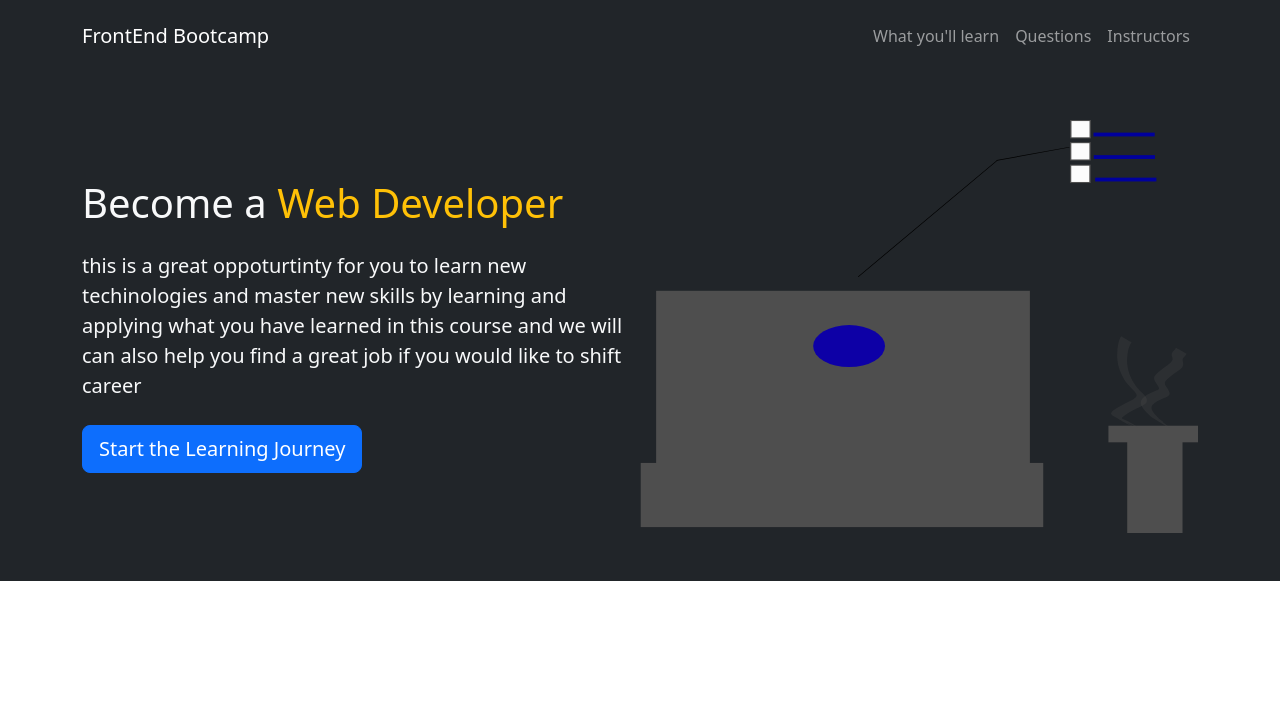
Repository: HaziimYassien/Front-End-BootCamp-__BootStrap-Project
Page: Front End BootCamp2/index.html
These files come from the project's save history. The page is drawn as it stood at one moment and after the next save; the edit follows.
The browser window is 1280 px wide. The pictures show the whole page.

Above is the page before, as saved 2024-01-12 02:27:01.

### Front End BootCamp2/index.html
<!DOCTYPE html>
<html lang="en">
  <head>
    <meta charset="utf-8" />
    <meta name="viewport" content="width=device-width, initial-scale=1" />
    <title>Frontend Bootcamp</title>
    <link
      href="https://cdn.jsdelivr.net/npm/bootstrap@5.3.2/dist/css/bootstrap.min.css"
      rel="stylesheet"
      integrity="sha384-T3c6CoIi6uLrA9TneNEoa7RxnatzjcDSCmG1MXxSR1GAsXEV/Dwwykc2MPK8M2HN"
      crossorigin="anonymous"
    />
    <link rel="stylesheet" href="style.css" />
  </head>
  <body>
    <!-- START _NavigationBar -->
    <nav class="navbar navbar-expand-lg bg-dark navbar-dark py-3">
      <div class="container">
        <a href="#" class="navbar-brand">FrontEnd Bootcamp</a>
        <button
          class="navbar-toggler"
          type="button"
          data-bs-toggle="collapse"
          data-bs-target="#navmenu"
        >
          <span class="navbar-toggler-icon"></span>
        </button>
        <div class="collapse navbar-collapse" id="navmenu">
          <ul class="navbar-nav ms-auto">
            <li class="nav-item">
              <a href="#learn" class="nav-link">What you'll learn</a>
            </li>
            <li class="nav-item">
              <a href="#questions" class="nav-link">Questions</a>
            </li>
            <li class="nav-item">
              <a href="#instructors" class="nav-link">Instructors</a>
            </li>
          </ul>
        </div>
      </div>
    </nav>
    <!-- END _NavigationBar -->

    <!-- START _ShowCase -->
    <section class="bg-dark text-light p-5 text-center text-sm-start">
      <div class="container">
        <div class="d-sm-flex align-items-center justify-content-between">
          <div>
            <h1>Become a <span class="text-warning"> Web Developer</span></h1>
            <p class="lead my-4">
              this is a great oppoturtinty for you to learn new techinologies
              and master new skills by learning and applying what you have
              learned in this course and we will can also help you find a great
              job if you would like to shift career
            </p>
            <button class="btn btn-primary btn-lg">
              Start the Learning Journey
            </button>
          </div>
          <img
            class="img-fluid w-50 h-50 d-none d-sm-block"
            src="img/FirstImage_BootCampProject.svg"
            alt=""
          />
        </div>
      </div>
    </section>
    <!-- END _ShowCase -->

    <script
      src="https://cdn.jsdelivr.net/npm/bootstrap@5.3.2/dist/js/bootstrap.bundle.min.js"
      integrity="sha384-C6RzsynM9kWDrMNeT87bh95OGNyZPhcTNXj1NW7RuBCsyN/o0jlpcV8Qyq46cDfL"
      crossorigin="anonymous"
    ></script>
  </body>
</html>

Loaded but not shown: Front End BootCamp2/style.css (no copy from this time; the picture is the same without it)

After the next save:
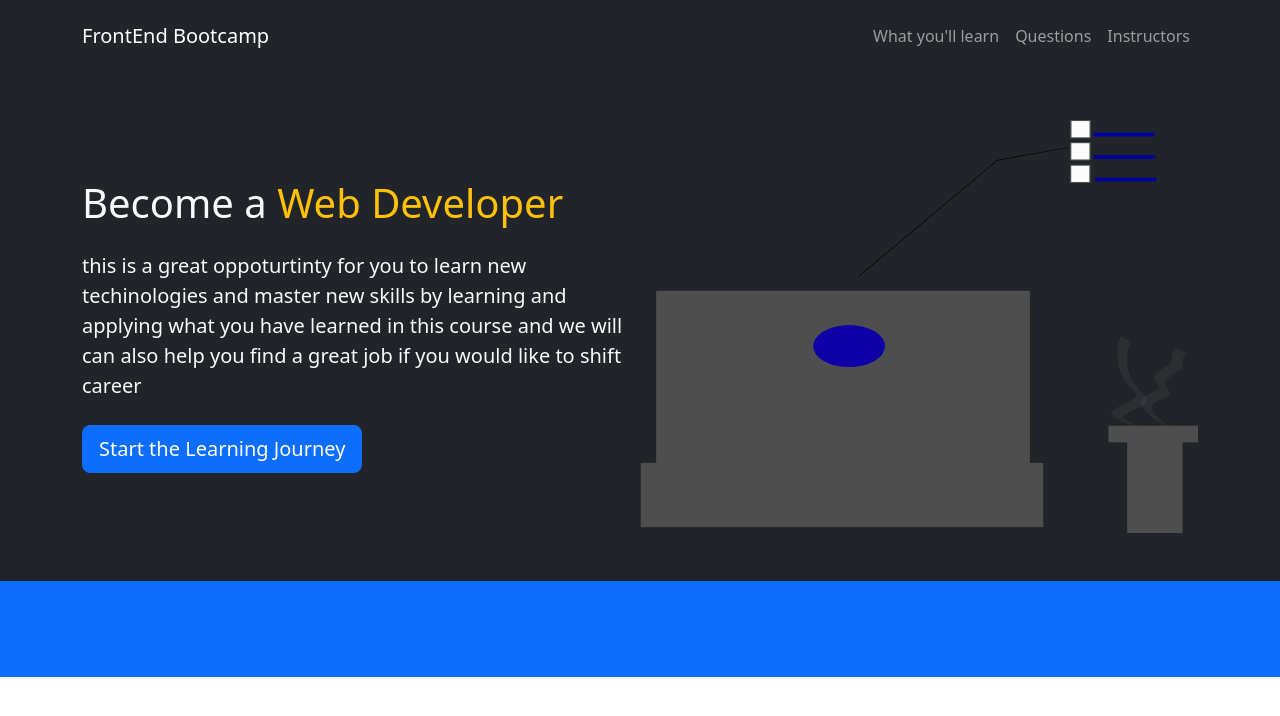
Saved 6 min 0 s later.
--- a/Front End BootCamp2/index.html
+++ b/Front End BootCamp2/index.html
@@ -68,6 +68,12 @@
     </section>
     <!-- END _ShowCase -->
 
+    <!-- START _NewsLetter -->
+    <section class="bg-primary text-light p-5">
+      <div class="container">
+        <div class="d-md-flex justify-content-between align-items-center"></div>
+      </div>
+    </section>
     <script
       src="https://cdn.jsdelivr.net/npm/bootstrap@5.3.2/dist/js/bootstrap.bundle.min.js"
       integrity="sha384-C6RzsynM9kWDrMNeT87bh95OGNyZPhcTNXj1NW7RuBCsyN/o0jlpcV8Qyq46cDfL"
